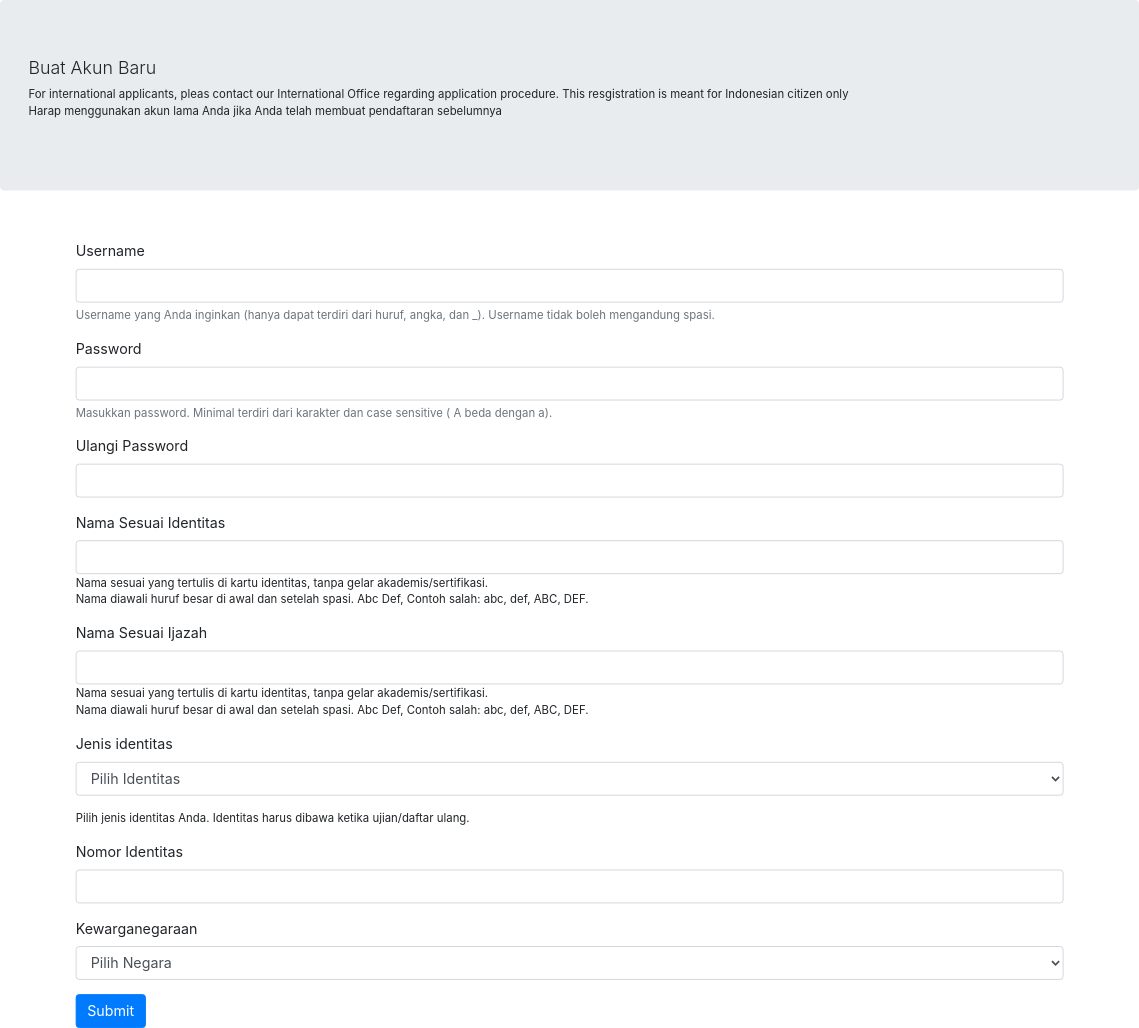
Repository: Irantsitumorang/projectRepo1
Page: BelajarJS/LatihanHTML/WebContent/regist.html
An editor plug-in stored every save of this project. The page is shown before and after the next save, followed by the edit.
The browser window is 1280 px wide. The pictures show the whole page, at 89% of full size.

Above is the page before, as saved 2021-06-25 07:25:46.

After the next save:
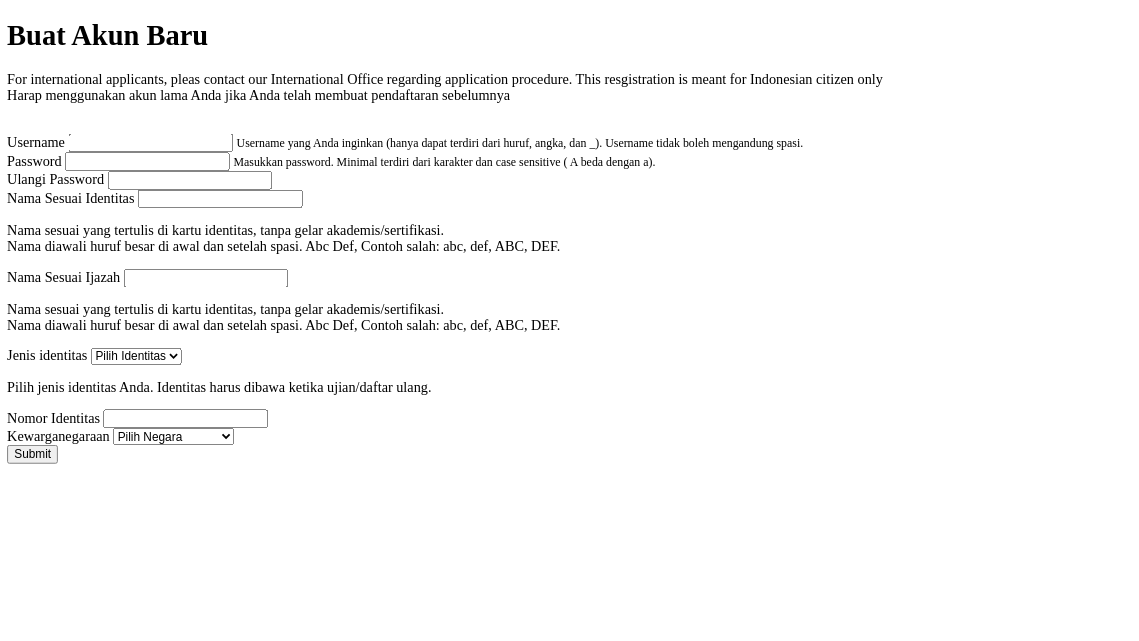
Saved 3 min 39 s later.
--- a/BelajarJS/LatihanHTML/WebContent/regist.html
+++ b/BelajarJS/LatihanHTML/WebContent/regist.html
@@ -4,7 +4,7 @@
 <head>
 
     <title> Validasi </title>
-    <link rel="stylesheet" href="https://stackpath.bootstrapcdn.com/bootstrap/4.4.1/css/bootstrap.min.css" integrity="sha384-Vkoo8x4CGsO3+Hhxv8T/Q5PaXtkKtu6ug5TOeNV6gBiFeWPGFN9MuhOf23Q9Ifjh" crossorigin="anonymous">
+     <script src="https://cdnjs.cloudflare.com/ajax/libs/font-awesome/5.15.3/js/all.min.js" crossorigin="anonymous"></script>
 
 </head>
 
